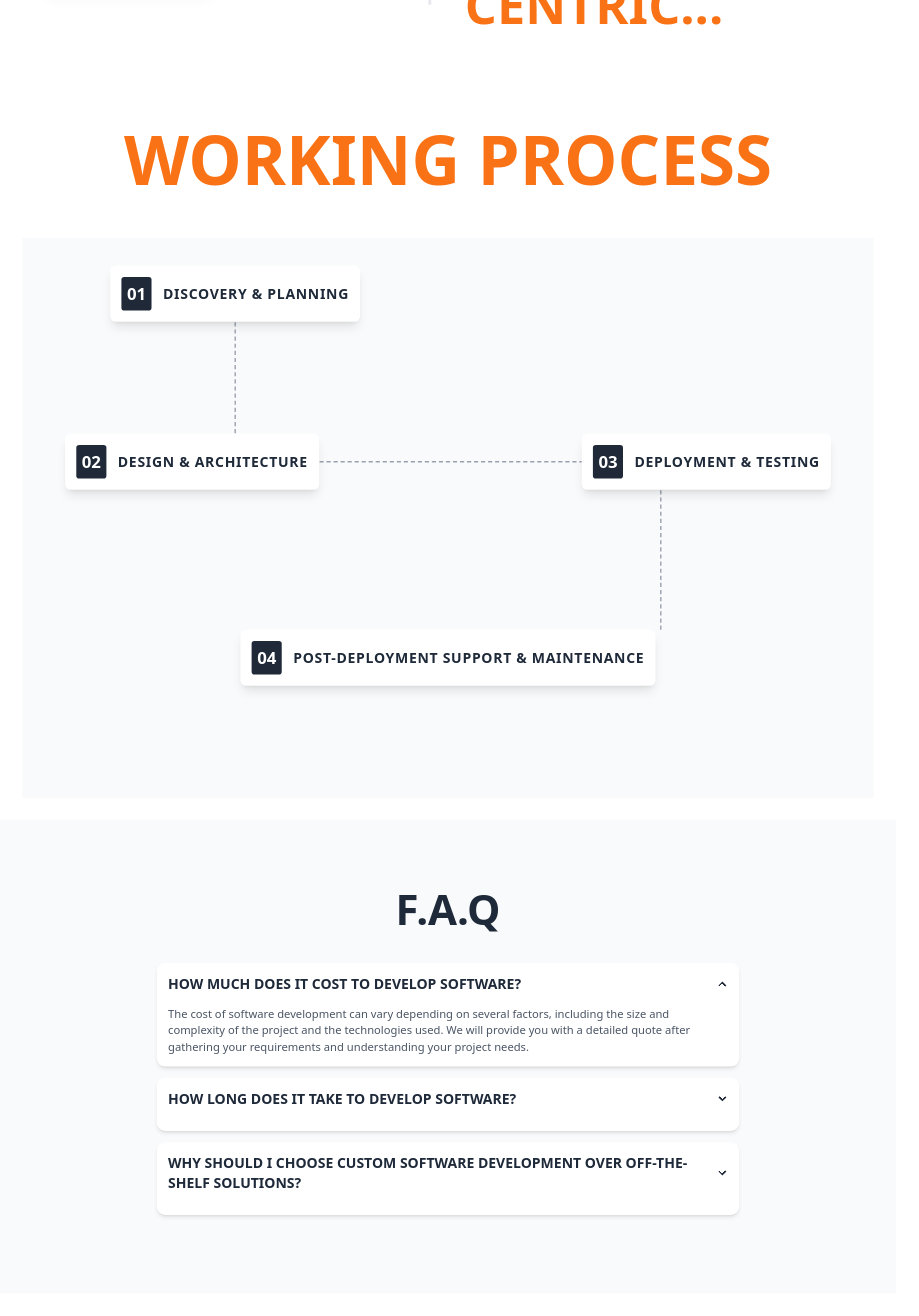
Repository: mdmuhibullahhabib/weboria
Page: /services
The author's editor kept a copy of each file at every save. The page is drawn from the files as they stood at one save, then again after the next save.
The browser window is 1280 px wide. The page is 1313 px wide, so the pictures cover 1313 px, including what lies to the right of the window. The pictures show the part of the page from y = 4444 to 6324 px (the page is 7582 px tall), at 70% of full size.
The project was rebuilt for these pictures with package versions that can differ from the ones it lists, and the page was loaded fresh each time. The framework's server and built-in components were replaced by stand-ins that run in the browser. Also part of the build but not shown: next.config.mjs.

Above is the page before, as saved 2025-10-05 18:09:34.

### src/app/layout.js
import { Geist, Geist_Mono } from "next/font/google";
import "./globals.css";
import Navbar from "@/components/Navbar";
import Footer from "@/components/Footer";
import { Toaster } from "react-hot-toast";

const geistSans = Geist({
  variable: "--font-geist-sans",
  subsets: ["latin"],
});

const geistMono = Geist_Mono({
  variable: "--font-geist-mono",
  subsets: ["latin"],
});

export const metadata = {
  title: "Weboria",
  description: "Digital Marketing Agency",
  icons: "/favicon.ico",
};

export default function RootLayout({ children }) {
  return (
    <html lang="en">
      <body
        className={`${geistSans.variable} ${geistMono.variable} antialiased`}
      >

        <Navbar />
        <Toaster />
        {children}
        <Footer />
      </body>
    </html>
  );
}

### src/app/services/page.jsx
import React from 'react';
import { ChevronRight, Zap, CheckCircle, MessageSquare, Phone, Mail, MapPin, Search, ChevronDown } from 'lucide-react';

// Main App component which will serve as the service page
export default function Service() {

  // --- Mock Data ---
  const services = [
    'Custom Software Development',
    'Web Application Development',
    'Software Integration',
    'Cloud Software Development',
    'Legacy System Modernization',
    'Software Maintenance & Support',
    'Quality Assurance & Testing',
    'Consulting Services',
  ];

  const whyChooseKeywords = [
    { title: 'EXPERIENCE...', customColor: '#1f2937' }, // Dark gray/black
    { title: 'COLLABORATIVE...', customColor: '#f97316' }, // Orange/Amber
    { title: 'EFFECTIVENESS...', customColor: '#f97316' }, // Orange/Amber
    { title: 'CLIENT-CENTRIC...', customColor: '#f97316' }, // Orange/Amber
  ];

  const processSteps = [
    { number: '01', title: 'DISCOVERY & PLANNING', position: 'top-left' },
    { number: '02', title: 'DESIGN & ARCHITECTURE', position: 'mid-left' },
    { number: '03', title: 'DEPLOYMENT & TESTING', position: 'mid-right' },
    { number: '04', title: 'POST-DEPLOYMENT SUPPORT & MAINTENANCE', position: 'bottom-center' },
  ];

  const faqs = [
    {
      question: 'HOW MUCH DOES IT COST TO DEVELOP SOFTWARE?',
      answer: 'The cost of software development can vary depending on several factors, including the size and complexity of the project and the technologies used. We will provide you with a detailed quote after gathering your requirements and understanding your project needs.'
    },
    {
      question: 'HOW LONG DOES IT TAKE TO DEVELOP SOFTWARE?',
      answer: 'Project duration varies widely. A small application might take 4-8 weeks, while complex enterprise solutions can take 6 months or more. We establish clear timelines during the planning phase.'
    },
    {
      question: 'WHY SHOULD I CHOOSE CUSTOM SOFTWARE DEVELOPMENT OVER OFF-THE-SHELF SOLUTIONS?',
      answer: 'Custom software is tailored exactly to your unique business processes, providing a competitive edge, better integration, and greater scalability, unlike generic off-the-shelf products.'
    },
  ];

  // Utility component for the service list bullets
  const ServiceListItem = ({ text }) => (
    <div className="flex items-start mb-3">
      <CheckCircle className="w-5 h-5 mr-3 text-current mt-1 flex-shrink-0" />
      <p className="text-lg font-light">{text}</p>
    </div>
  );

  // --- Section Components ---

    const Hero = () => (
    <section
      className="relative bg-cover bg-center text-white py-32"
      style={{
        backgroundImage:
          "linear-gradient(rgba(0,0,0,0.6),rgba(0,0,0,0.6)),url('https://images.unsplash.com/photo-1519389950473-47ba0277781c?auto=format&fit=crop&w=1200&q=80')",
      }}
    >
      <div className="max-w-6xl mx-auto px-6 text-center">
        <h1 className="text-5xl md:text-7xl font-extrabold mb-6 leading-tight">
          Empowering Brands with <br /> Impactful Digital Services
        </h1>
        <p className="text-xl text-gray-200 max-w-3xl mx-auto">
          From strategy to execution, we deliver modern digital solutions that
          accelerate your business growth and brand impact.
        </p>
      </div>
    </section>
  );

const HeroSection = () => {
  // --- ServiceListItem Component ---
 const ServiceListItem = ({ text }) => (
  <div className="flex items-center mb-3 hover:translate-x-1 transition-transform duration-300">
    {/* + icon */}
    <span
      className="text-2xl font-bold mr-1 flex-shrink-0"
      style={{ color: '#f97316' }}
    >
      +
    </span>
    <p className="text-lg font-medium text-gray-700 mr-6">{text}</p>
  </div>
);


  return (
    <section className="relative pt-24 pb-16 md:pt-32 md:pb-24 bg-white overflow-hidden">
      <div className="max-w-7xl mx-auto px-4 sm:px-6 lg:px-8">
        <div className="grid md:grid-cols-2 gap-12 items-start">

          {/*  Large Title */}
          <div>
            <h1 className="text-6xl sm:text-7xl md:text-8xl lg:text-[10rem] font-extrabold leading-none tracking-tighter text-gray-900 mb-8">
              SOFTWARE
              <br />
              DEVELOPMENT
            </h1>
                    <div className="pt-2">
            <h2 className="text-2xl font-semibold text-gray-900 mb-6">
              Services
            </h2>

            {/* services */}
            <div className="grid lg:grid-cols-2 items-center">
              {services.map((service, index) => (
                <ServiceListItem key={index} text={service} />
              ))}
            </div>
          </div>
          </div>

        </div>
      </div>
    </section>
  );
};

  const StatsSection = () => (
    <div className="bg-white py-12 -mt-16 md:-mt-20 relative z-10">
      <div className="max-w-7xl mx-auto px-4 sm:px-6 lg:px-8">
        <div className="grid md:grid-cols-3 gap-8">
          {/* Card Style from Screenshot 113 */}
          {[
            { label: 'Years Experience', value: '12+' },
            { label: 'Completed Projects', value: '200+' },
            { label: 'Satisfied Clients', value: '130+' },
          ].map((stat, index) => (
            <div key={index} className="card bg-white p-6 shadow-xl border border-gray-100 rounded-xl hover:shadow-2xl transition duration-300">
              <div className="flex justify-between items-start mb-8">
                <h3 className="text-lg font-semibold text-gray-700">{stat.label}</h3>
                <ChevronRight className="w-5 h-5 text-gray-400 rotate-45" />
              </div>
              <p className="text-6xl md:text-7xl font-extrabold text-gray-900">{stat.value}</p>
            </div>
          ))}
        </div>
      </div>
    </div>
  );

  const ServiceListSection = () => (
    <div className="bg-white py-16 md:py-24">
      <div className="max-w-7xl mx-auto px-4 sm:px-6 lg:px-8">
        {/* Top Title Section (from Screenshot 105) */}
        <div className="mb-12">
          <h2 className="text-4xl md:text-5xl font-extrabold text-gray-800 mb-4">
            Best Software Development Service in Dhaka, Bangladesh
          </h2>
          <p className="text-lg text-gray-600 max-w-4xl">
            In today's digital landscape, powerful, scalable software is a must for business success. As a leading Software Development Company in Dhaka, Bangladesh, Visual I specializes in crafting custom software solutions that drive growth. From web applications to enterprise software and AI-driven solutions, our expert developers ensure seamless functionality, robust security, and innovative designs. We deliver high-performance, user-focused software that keeps your business ahead of the competition. Let us turn your vision into reality with cutting-edge technology tailored to your needs.
          </p>
        </div>

        <div className="grid md:grid-cols-2 gap-12 items-start">
          {/* Left Side: How Software Empowers (Matches image_cdef6a.png) */}
          <div>
            <h2 className="text-5xl md:text-6xl font-extrabold text-gray-900 mb-8">
              HOW SOFTWARE
              <br />
              DEVELOPMENT
              <br />
              EMPOWERS YOUR
              <br />
              BUSINESS?
            </h2>
          </div>

          {/* Right Side: Service List & Description (Combines content from Screenshot 103 and 105 text) */}
          <div className="p-6">
            <p className="text-sm text-gray-600 mb-8">
              Custom software solutions streamline operations, enhance efficiency, and improve customer experiences. Tailored systems automate tasks, save time, and reduce costs, allowing your business to scale faster and make data-driven decisions. With the right software, you gain a competitive edge, boosting productivity and ultimately securing a higher return on investment (ROI).
            </p>
          </div>
        </div>

                   {/* Image below the title, matching the visual placement in image_cdef6a.png */}
            <div className="mt-8 space-y-4">
                <img
                    src="https://placehold.co/600x400/f2f2f2/1f2937?text=Collaborative+Development+Team"
                    alt="Team working on code"
                    className="w-full h-auto rounded-lg shadow-xl"
                />
                {/* Placeholder for the second image, if needed, mimicking the split view */}
                 <div className="grid grid-cols-2 gap-4">
                    <img
                        src="https://placehold.co/300x200/f2f2f2/1f2937?text=Dedicated+Programmer"
                        alt="Dedicated Programmer"
                        className="w-full h-full object-cover rounded-lg shadow-md"
                    />
                    <img
                        src="https://placehold.co/300x200/f2f2f2/1f2937?text=Dedicated+Programmer"
                        alt="Dedicated Programmer"
                        className="w-full h-full object-cover rounded-lg shadow-md"
                    />
                 </div>
            </div>
      </div>
    </div>
  );

  const WhyChooseUsSection = () => (
    <div className="py-24 bg-white">
      <div className="max-w-7xl mx-auto px-4 sm:px-6 lg:px-8">
        {/* Main Section Title (Screenshot 108) */}
        <h2 className="text-5xl md:text-7xl font-extrabold text-gray-900 mb-16 text-center md:text-left">
          WHY CHOOSE OUR
          <br />
          SOFTWARE DEVELOPMENT
          <span className="text-primary">?</span>
        </h2>

        <div className="grid md:grid-cols-2 gap-12 items-center">
          {/* Left Side: Content Card (Screenshot 109) */}
          <div className="p-8 border-r-4 border-gray-200">
            <div className="mb-8">
              {/* Icon/Shape Mimic from Screenshot 109 */}
              <div className="flex items-center space-x-2 mb-4">
                <div className="w-12 h-12 border-2 border-gray-900 rounded-full flex items-center justify-center">
                  <div className="w-8 h-8 bg-gray-900 rounded-full relative">
                    <div className="absolute top-1/2 left-1/2 -translate-x-1/2 -translate-y-1/2 w-4 h-4" style={{ backgroundColor: '#f97316' }} ></div>
                  </div>
                </div>
              </div>
              <h3 className="text-3xl font-bold text-gray-900 mb-4">
                PROVEN EXPERTISE AND
                <br />
                EXPERIENCE
              </h3>
              <p className="text-lg text-gray-600">
                Our seasoned software developers have extensive knowledge and experience in various domains, including web development, mobile app development, and custom software solutions.
              </p>
            </div>
            <button className="btn btn-neutral btn-lg rounded-lg shadow-xl">
              <MessageSquare className="w-5 h-5" />
              Send Your Message
            </button>
          </div>

          {/* Right Side: Experience List (Screenshot 109) - Highly stylized keywords */}
          <div className="space-y-4">
            {whyChooseKeywords.map((item, index) => (
                <h3
                    key={index}
                    className={`block text-5xl md:text-7xl font-extrabold leading-tight`}
                    style={{ color: item.customColor }}
                >
                    {item.title}
                </h3>
            ))}
          </div>
        </div>
      </div>
    </div>
  );

  const WorkingProcessSection = () => {
    // Component to render the step boxes
    const StepBox = ({ step }) => (
      <div className="flex items-center space-x-4 bg-white shadow-lg p-4 rounded-lg w-fit">
        <div className="text-2xl font-extrabold p-2 rounded" style={{ backgroundColor: '#1f2937', color: 'white' }}>
          {step.number}
        </div>
        <h4 className="text-xl font-semibold text-gray-800 tracking-wider">
          {step.title}
        </h4>
      </div>
    );

    return (
      <div className=" py-6 lg:py-8">
        <div className="max-w-7xl mx-auto px-4 sm:px-6 lg:px-8 text-center">
          {/* Title from Screenshot 110 */}
          <h2 className="text-6xl md:text-8xl font-extrabold mb-16" style={{ color: '#f97316' }}>
            WORKING PROCESS
          </h2>

          {/* Mimicking the Diagram Layout from Screenshot 111 using relative positioning and Tailwind for the lines */}
          <div className="bg-gray-50 relative h-[600px] md:h-[800px] flex items-center justify-center">

            {/* Background Lines (Dotted lines in the original image) */}
            {/* 1 -> 2 (Vertical line) */}
            <div className="absolute top-0 left-1/4 h-[50%] w-0 border-l-2 border-dashed border-gray-400 transform -translate-x-1/2 md:top-[10%] md:left-[25%] md:h-[30%]" style={{ top: '10%', left: '25%', height: '30%' }}></div>
            {/* 2 -> 3 (Horizontal line) */}
            <div className="absolute h-0 w-[50%] border-t-2 border-dashed border-gray-400 transform -translate-y-1/2" style={{ top: '40%', left: '25%', width: '50%' }}></div>
            {/* 3 -> 4 (Vertical line) */}
            <div className="absolute top-0 right-1/4 h-[50%] w-0 border-r-2 border-dashed border-gray-400 transform translate-x-1/2 md:top-[40%] md:right-[25%] md:h-[30%]" style={{ top: '40%', right: '25%', height: '30%' }}></div>

            {/* Step Boxes positioned absolutely to mimic the flow */}
            <div className="absolute" style={{ top: '5%', left: '25%', transform: 'translateX(-50%)' }}>
              <StepBox step={processSteps[0]} />
            </div>
            <div className="absolute" style={{ top: '35%', left: '5%', transform: 'translateX(0%)' }}>
              <StepBox step={processSteps[1]} />
            </div>
            <div className="absolute" style={{ top: '35%', right: '5%', transform: 'translateX(0%)' }}>
              <StepBox step={processSteps[2]} />
            </div>
            <div className="absolute" style={{ bottom: '20%', left: '50%', transform: 'translateX(-50%)' }}>
              <StepBox step={processSteps[3]} />
            </div>

          </div>
        </div>
      </div>
    );
  };

  const FAQSection = () => (
    <div className="bg-gray-50 py-24">
      <div className="max-w-4xl mx-auto px-4 sm:px-6 lg:px-8">
        {/* Title from Screenshot 114 */}
        <h2 className="text-4xl md:text-6xl font-extrabold text-gray-800 mb-12 text-center">
          F.A.Q
        </h2>

        {faqs.map((item, index) => (
          <div key={index} className="collapse collapse-arrow bg-white shadow-md mb-4 rounded-xl">
            <input type="radio" name="my-accordion-2" defaultChecked={index === 0} />
            <div className="collapse-title text-xl font-semibold text-gray-800 p-4">
              {item.question}
            </div>
            <div className="collapse-content px-4 pb-4">
              <p className="text-gray-600">{item.answer}</p>
            </div>
          </div>
        ))}
      </div>
    </div>
  );

  const ContactSection = () => (
    <div className="bg-white py-24">
      <div className="max-w-7xl mx-auto px-4 sm:px-6 lg:px-8">
        <div className="grid md:grid-cols-2 gap-12">

          {/* Left Side: Contact Info (Screenshot 115) */}
          <div>
            <h2 className="text-5xl md:text-6xl font-extrabold text-gray-900 mb-6">
              DON'T HESITATE TO
              <br />
              REACH OUT TO US
            </h2>
            <p className="text-lg text-gray-600 mb-12 max-w-lg">
              We welcome the opportunity to connect with you! Feel free to contact us using the details provided or by filling out the contact form. As a leading advertising agency in Bangladesh, our dedicated team is here to provide expert assistance and answer any questions you may have.
            </p>

            <div className="space-y-8">
              {/* Call Us At */}
              <div className="flex items-start">
                <Phone className="w-8 h-8 text-gray-900 mr-4 mt-1 flex-shrink-0" />
                <div>
                  <h4 className="text-xl font-bold text-gray-900 mb-1">CALL US AT</h4>
                  <p className="text-lg text-gray-600">+88 0189-600-6896</p>
                </div>
              </div>

              {/* Email Us On */}
              <div className="flex items-start">
                <Mail className="w-8 h-8 text-gray-900 mr-4 mt-1 flex-shrink-0" />
                <div>
                  <h4 className="text-xl font-bold text-gray-900 mb-1">EMAIL US ON</h4>
                  <p className="text-lg text-gray-600">hello@visualiweb.com</p>
                </div>
              </div>

              {/* Find Us */}
              <div className="flex items-start">
                <MapPin className="w-8 h-8 text-gray-900 mr-4 mt-1 flex-shrink-0" />
                <div>
                  <h4 className="text-xl font-bold text-gray-900 mb-1">FIND US</h4>
                  <p className="text-lg text-gray-600">
                    House # 3, Road # 2/2, Banani,
                    <br />
                    Dhaka-1213, Bangladesh
                  </p>
                </div>
              </div>
            </div>
          </div>

          {/* Right Side: Contact Form (Screenshot 115) */}
          <div>
            <h2 className="text-5xl font-extrabold text-gray-900 mb-8">
              SEND US A MESSAGE
            </h2>
            <form className="space-y-4">
              <div className="grid grid-cols-1 sm:grid-cols-2 gap-4">
                <input type="text" placeholder="YOUR NAME" className="input input-lg input-bordered w-full rounded-lg text-gray-800 placeholder-gray-500" />
                <input type="email" placeholder="YOUR EMAIL" className="input input-lg input-bordered w-full rounded-lg text-gray-800 placeholder-gray-500" />
              </div>
              <input type="text" placeholder="YOUR SUBJECT" className="input input-lg input-bordered w-full rounded-lg text-gray-800 placeholder-gray-500" />
              <textarea placeholder="WRITE MESSAGE..." className="textarea textarea-lg textarea-bordered w-full h-40 rounded-lg text-gray-800 placeholder-gray-500 resize-none"></textarea>
              <button type="submit" className="btn btn-neutral btn-lg rounded-lg shadow-xl mt-4">
                <ChevronRight className="w-5 h-5" />
                Send a message
              </button>
            </form>
          </div>

        </div>
      </div>
    </div>
  );


  // --- Main Render ---
  return (
    <div className="min-h-screen bg-white font-sans">
      <main>
        <Hero />
        <HeroSection />
        <StatsSection />
        <ServiceListSection />
        <WhyChooseUsSection />

        <WorkingProcessSection />
        <FAQSection />
        <ContactSection />
      </main>
    </div>
  );
}

### src/components/Button.jsx
// Button.jsx
"use client";

import { ArrowBigRight } from "lucide-react";
import Link from "next/link";

export default function Button({ text, href = "#", className = "" }) {
  return (
    <Link
      href={href}
      className={`
        relative inline-flex items-center overflow-hidden group rounded-md font-semibold
        bg-gray-200 text-gray-700 border-none hover:bg-gray-300 transition-colors
        ${className}
      `}
    >
      {/* বাম পাশে আইকন বক্স */}
      <span
        className="
          absolute left-0 top-0 h-full w-12 flex items-center justify-center
          bg-gray-900 text-white text-xl font-bold z-20
        "
      >
        <ArrowBigRight />
      </span>

      {/* মূল টেক্সট */}
      <span
        className="
          relative z-20 py-3 px-6 pl-16 transition-colors
          group-hover:text-gray-900
        "
      >
        {text}
      </span>

      {/* Hover effect (Sky Blue wipe) */}
      <span
        className="
          absolute top-0 left-0 w-0 h-full bg-sky-400
          group-hover:w-full transition-all duration-300 ease-out z-10
        "
      />
    </Link>
  );
}

Loaded but not shown: src/app/globals.css (common file); src/components/Navbar.jsx (193 lines, source omitted); src/components/Footer.jsx (159 lines, source omitted)

After the next save:
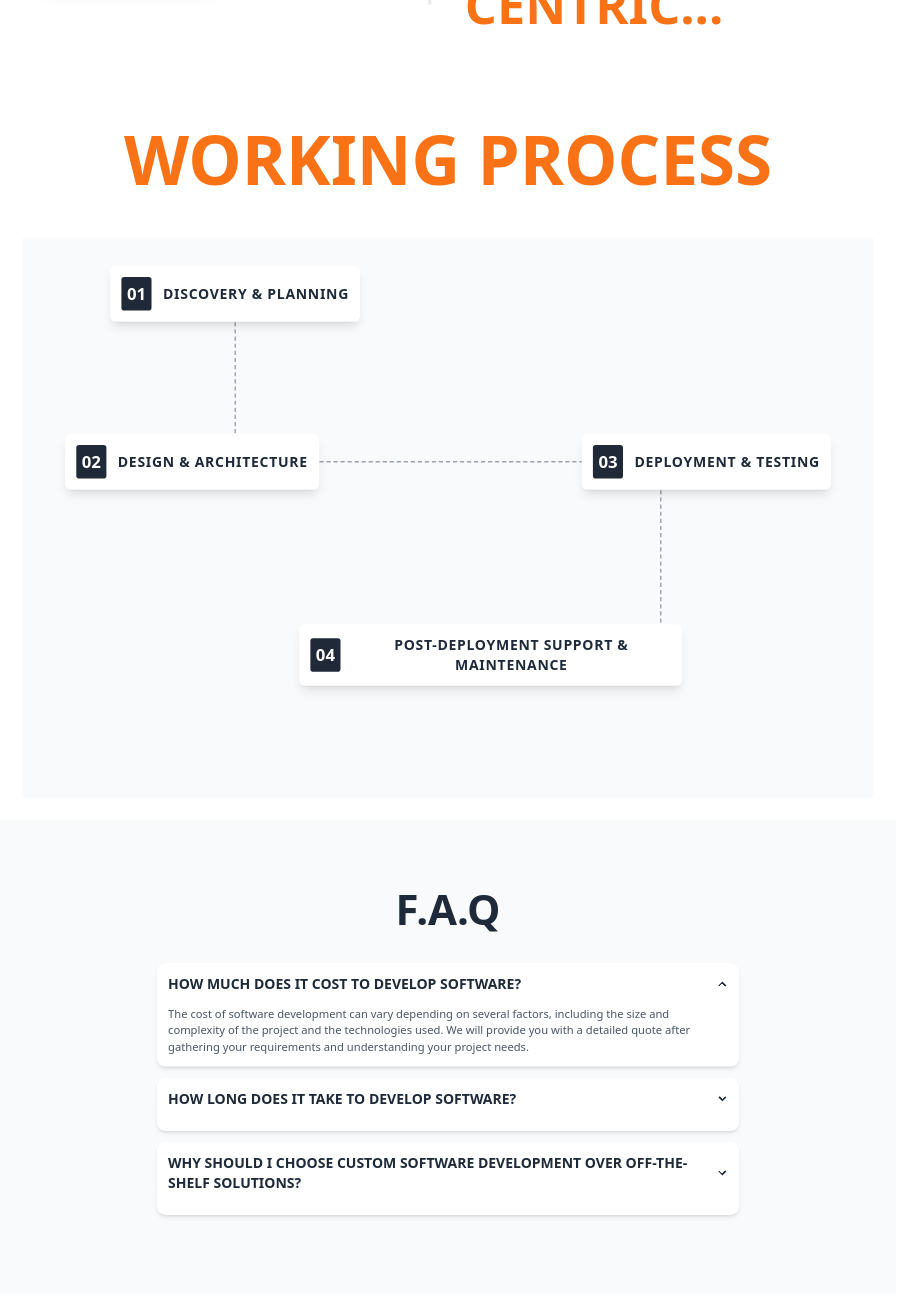
Saved 17 s later.
--- a/src/app/services/page.jsx
+++ b/src/app/services/page.jsx
@@ -303,7 +303,7 @@ const HeroSection = () => {
             <div className="absolute" style={{ top: '35%', right: '5%', transform: 'translateX(0%)' }}>
               <StepBox step={processSteps[2]} />
             </div>
-            <div className="absolute" style={{ bottom: '20%', left: '50%', transform: 'translateX(-50%)' }}>
+            <div className="absolute" style={{ bottom: '20%', left: '55%', transform: 'translateX(-50%)' }}>
               <StepBox step={processSteps[3]} />
             </div>
 
